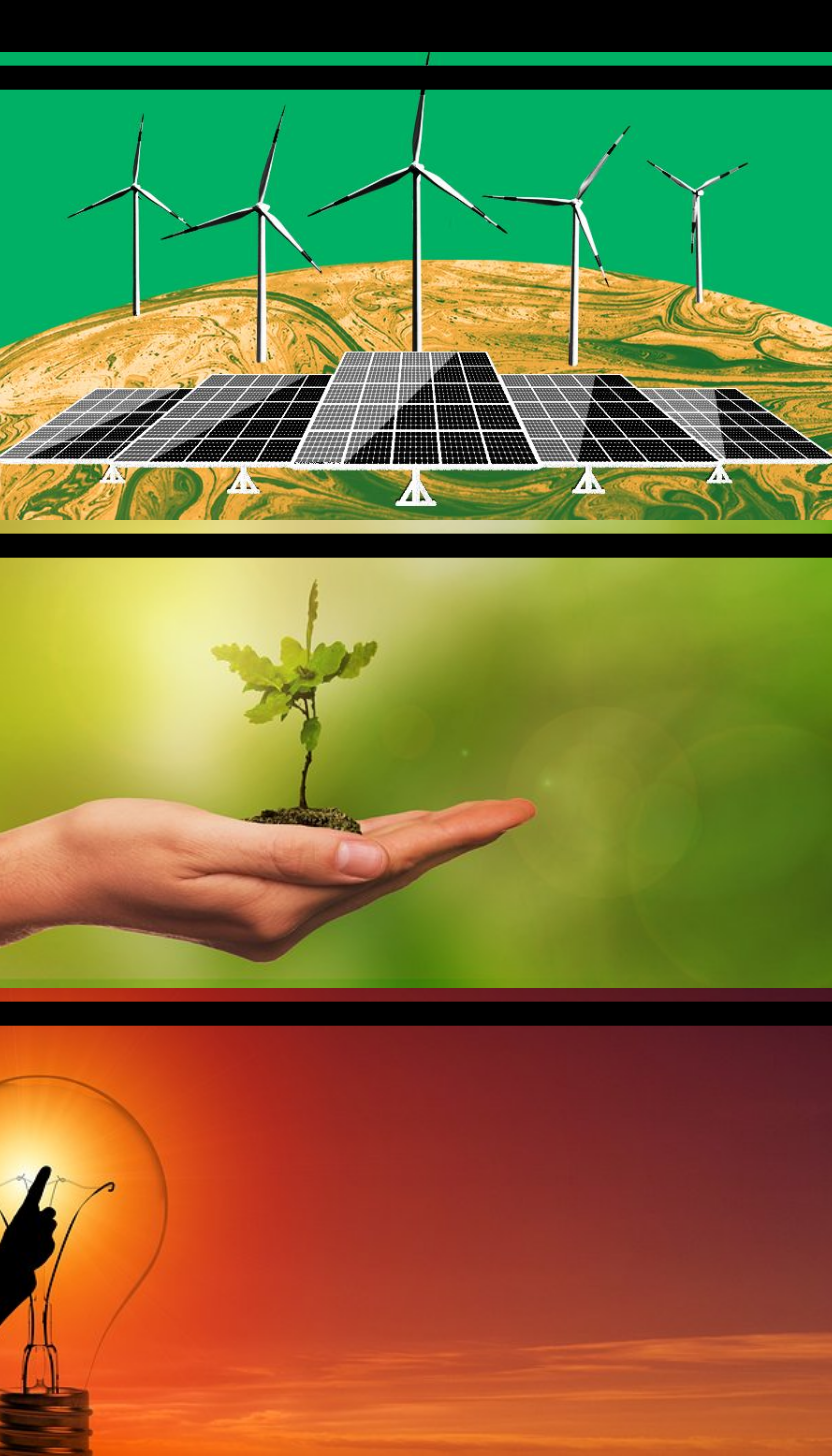
Repository: NavinDayanithi/static-web-design-competition
Page: index.html
An editor plug-in stored every save of this project. The page is shown before and after a run of saves, followed by the edit.
The browser window is 1280 px wide. The pictures show the whole page, at 65% of full size.
Backgrounds fixed to the window are drawn as part of the page.

Above is the page before, as saved 2023-04-28 19:38:29.

After the next 6 saves:
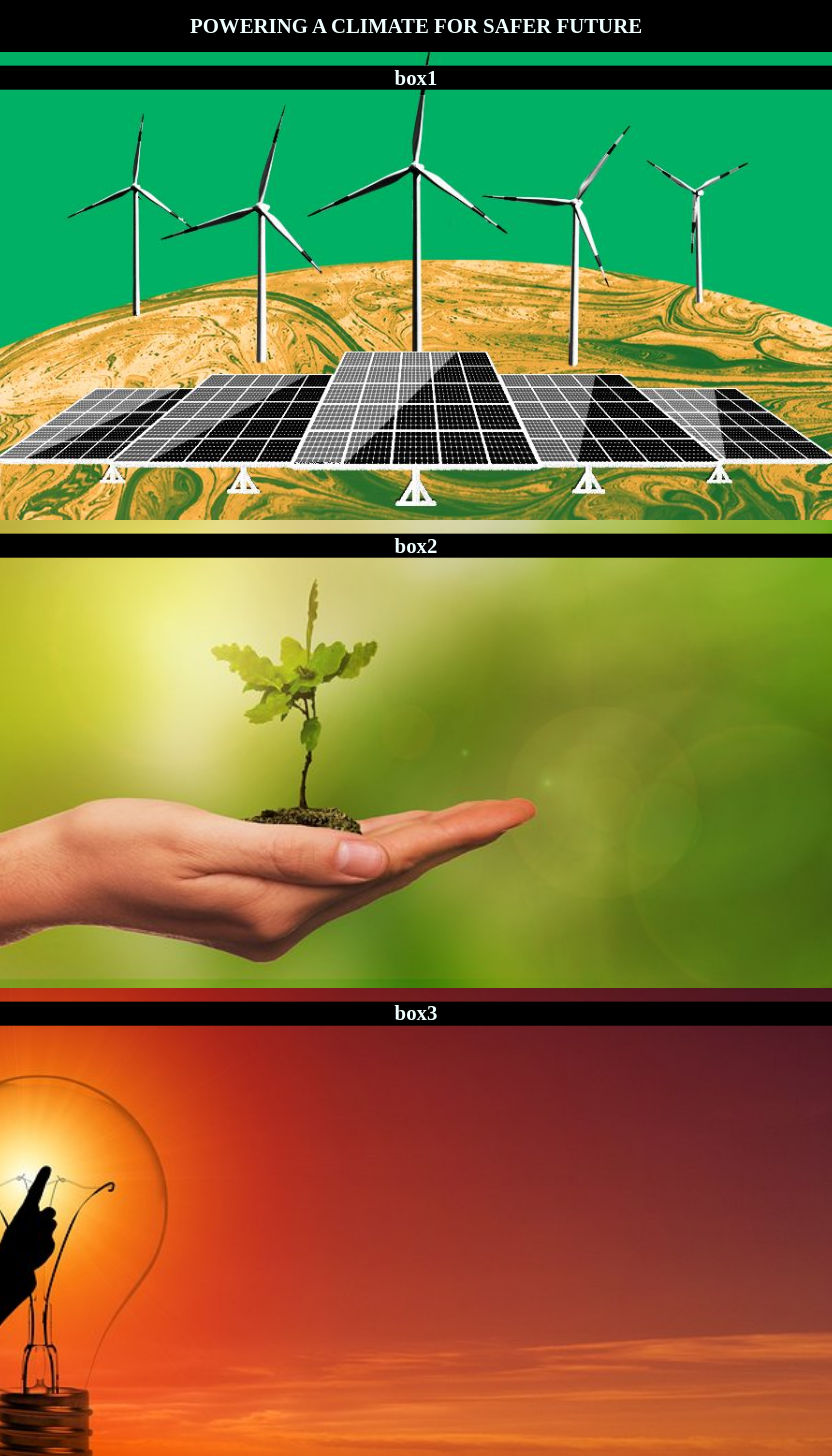
The 6 saves are shown as one change because they came seconds apart.
The last was saved 17 s later.
--- a/styles.css
+++ b/styles.css
@@ -2,7 +2,7 @@
 {
     text-align:center;
     background-color: black;
-    ba
+    color:azure;
 }
 head{
     background-color: aqua;
